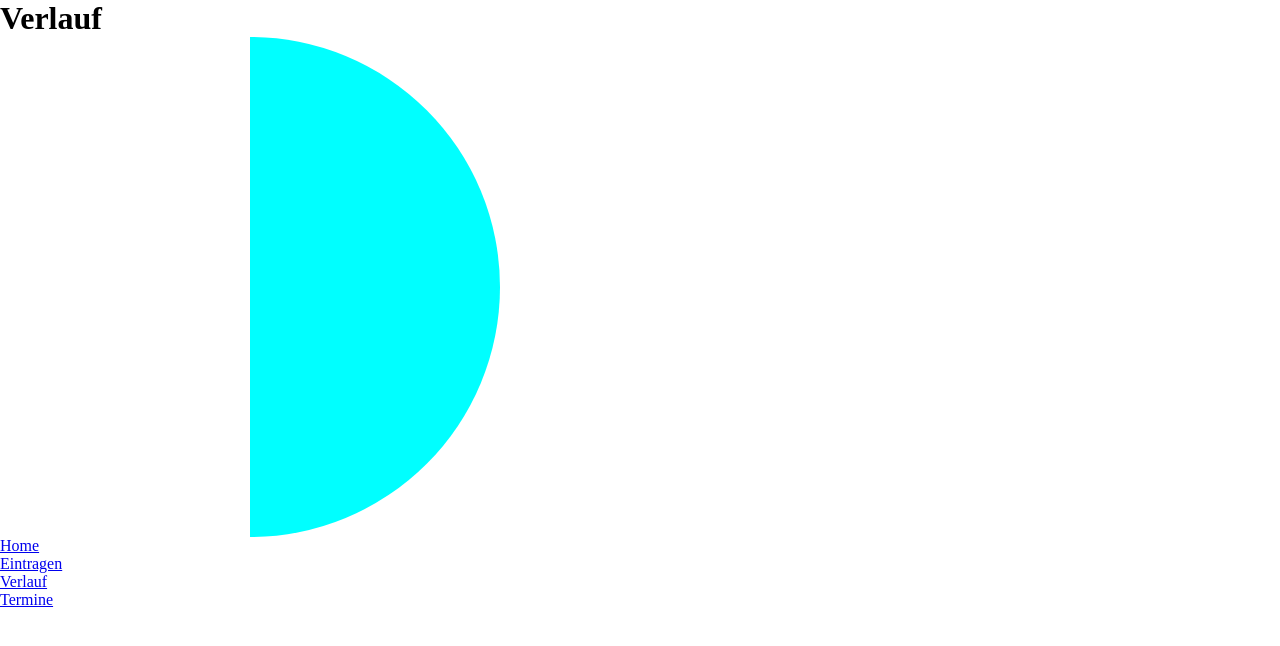
Repository: jakemoes/Pet-Tracker
Page: PWA/trend.html
These files come from the project's save history. The page is drawn as it stood at one moment and after a run of saves; the edit follows.
The browser window is 1280 px wide. The pictures show the whole page.

Above is the page before, as saved 2024-12-05 01:02:01.

### PWA/trend.html
<!DOCTYPE html>
<html>
    <head>
        <meta charset="UTF-8">
        <meta name="viewport" content="width=device-width, initial-scale=1.0">
        <title>Verlauf</title>
        <link rel="stylesheet" href="trend.css">
    </head>

    </head>

    <body>
        <h1>Verlauf</h1>

        <div class="container">
            <div class="layer"></div>
            <div class="layer"></div>
            <div class="layer"></div>
            <div class="layer"></div>
        </div>


        <footer>
            <nav>
                <ul class="nav-bar">
                    <li><a href="welcome.html">Home</a></li>
                    <li><a href="#">Eintragen</a></li>
                    <li><a href="trend.html">Verlauf</a></li>
                    <li><a href="appointment.html">Termine</a></li>
                </ul>
            </nav>
        </footer>
    </body>




</html>

### PWA/trend.css
*{
    margin: 0;
    padding: 0;
}

html, body {
    width: 100%;

}


.container {
    position: relative;
    width: 500px;
    height: 500px;
    background-color: transparent;
    border-radius: 50%;
    overflow: hidden;
}

.layer {
    position: absolute;
    width: 100%;
    height: 100%;
    transform-origin: 0px 250px;
    left: 0;
    top: 0;
    overflow: hidden;
}

.layer::before {
    content: "";
    width: 100%;
    height: 100%;
    position: absolute;
    background-color: transparent;
    transform-origin: 0px 250px;
    top: 0;
    left: 0;
}
 .layer:nth-child(1) {
    background-color: aqua;
    transform: translateX(250px) rotate(0deg);
 }

After the next 5 saves:
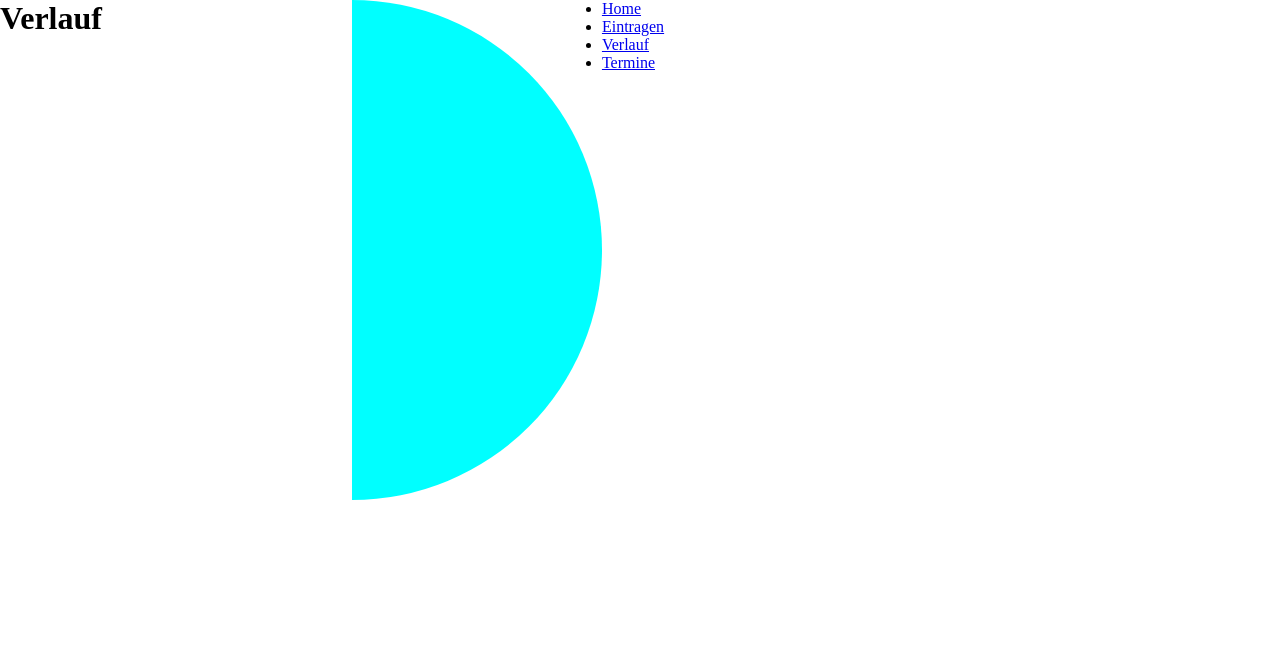
The 5 saves are shown as one change because they came seconds apart.
The last was saved 14 s later.
--- a/PWA/trend.css
+++ b/PWA/trend.css
@@ -5,6 +5,8 @@
 
 html, body {
     width: 100%;
+    height: 100%;
+    display: flex;
 
 }
 
